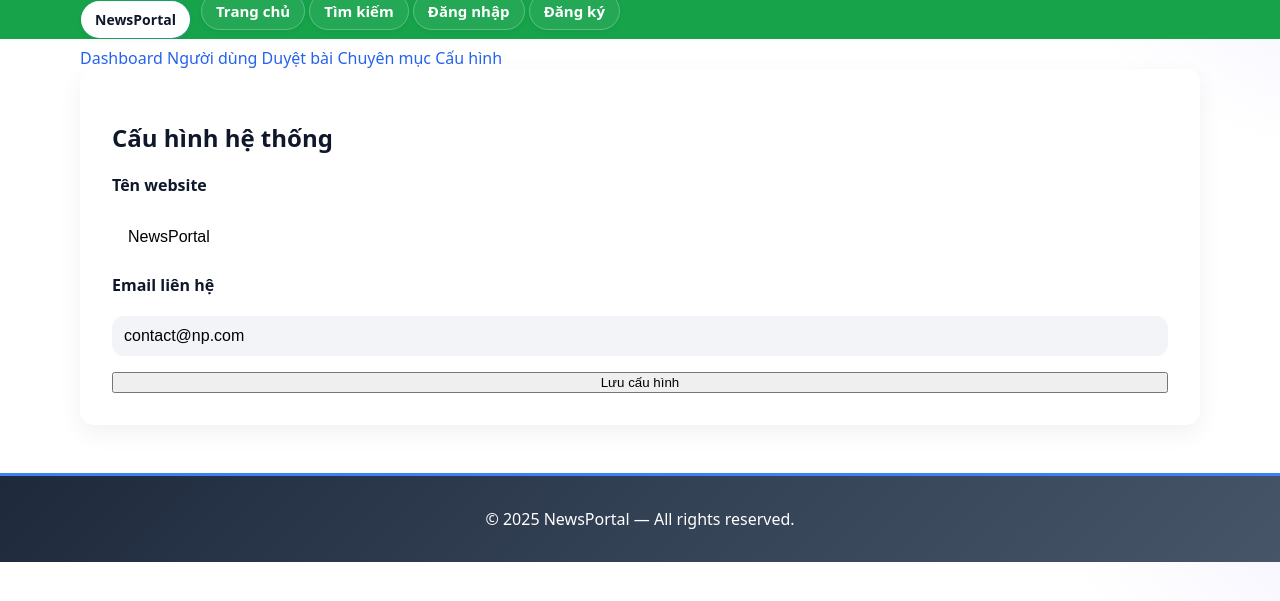
Repository: minhtvpy00202-git/Assignment_PY00202_MinhTV
Page: http://localhost/NewsPortal_PY00202/WEB-INF/views/admin/settings.jsp
These files come from the project's save history. The page is drawn as it stood at one moment and after the next save; the edit follows.
The browser window is 1280 px wide. The pictures show the whole page.
The page is served by Tomcat 10. Nobody is signed in. Other server files are loaded and not shown. The template is opened directly, without the code that normally fills it, so the values that code supplies are empty.

Above is the page before, as saved 2025-09-28 07:52:28.

### Assignment_NewsPortal/NewsPortal_PY00202/src/main/webapp/WEB-INF/views/admin/settings.jsp
<%@ page contentType="text/html; charset=UTF-8" pageEncoding="UTF-8"%>

<%@ include file="/WEB-INF/views/layout/header.jsp" %>
<main class="container with-aside">
  <%@ include file="/WEB-INF/views/layout/admin-sidebar.jsp" %>
  <section class="content">
    <h1>Cấu hình hệ thống</h1>
    <form class="form" action="${pageContext.request.contextPath}/admin/settings/save" method="post">
      <label>Tên website</label><input name="siteName" value="NewsPortal">
      <label>Email liên hệ</label><input type="email" name="contact" value="contact@np.com">
      <button>Lưu cấu hình</button>
    </form>
  </section>
</main>
<%@ include file="/WEB-INF/views/layout/footer.jsp" %>

### Assignment_NewsPortal/NewsPortal_PY00202/src/main/webapp/WEB-INF/views/layout/header.jsp
<%@ page contentType="text/html; charset=UTF-8" pageEncoding="UTF-8"%>
<%@ taglib prefix="c" uri="jakarta.tags.core" %>
<!DOCTYPE html>
<html lang="vi">
<head>
  <meta charset="UTF-8">
  <title><c:out value="${pageTitle != null ? pageTitle : 'NewsPortal'}"/></title>
  <link rel="stylesheet" href="${pageContext.request.contextPath}/assets/css/style.css">
</head>
<body>
<header>
  <div class="container nav">
    <a class="brand" href="${pageContext.request.contextPath}/home">
      <span class="dot"></span> <span>NewsPortal</span>
    </a>
    <nav class="menu">
      <a href="${pageContext.request.contextPath}/home">Trang chủ</a>
      <c:forEach var="cata" items="${categories}">
        <a href="${pageContext.request.contextPath}/category?id=${cata.id}">
          ${cata.name}
        </a>
      </c:forEach>
      <a href="${pageContext.request.contextPath}/search">Tìm kiếm</a>
      <c:choose>
        <c:when test="${not empty sessionScope.user}">
          <a href="${pageContext.request.contextPath}/profile">${sessionScope.user.fullname}</a>
          <a href="${pageContext.request.contextPath}/logout">Đăng xuất</a>
        </c:when>
        <c:otherwise>
          <a href="${pageContext.request.contextPath}/login">Đăng nhập</a>
          <a href="${pageContext.request.contextPath}/register">Đăng ký</a>
        </c:otherwise>
      </c:choose>
    </nav>
  </div>
</header>

### Assignment_NewsPortal/NewsPortal_PY00202/src/main/webapp/WEB-INF/views/layout/admin-sidebar.jsp
<%@ page contentType="text/html; charset=UTF-8" pageEncoding="UTF-8"%>
<aside class="admin-sidebar">
	<nav>
		<a href="${pageContext.request.contextPath}/admin/dashboard">Dashboard</a>
		<a href="${pageContext.request.contextPath}/admin/users">Người
			dùng</a> <a href="${pageContext.request.contextPath}/admin/news-approve">Duyệt
			bài</a> <a href="${pageContext.request.contextPath}/admin/categories">Chuyên
			mục</a> <a href="${pageContext.request.contextPath}/admin/settings">Cấu
			hình</a>
	</nav>
</aside>

### Assignment_NewsPortal/NewsPortal_PY00202/src/main/webapp/WEB-INF/views/layout/footer.jsp
<%@ page contentType="text/html; charset=UTF-8" pageEncoding="UTF-8"%>
<footer>
  <div class="container">
    © <script>document.write(new Date().getFullYear())</script> NewsPortal — All rights reserved.
  </div>
</footer>
</body>
</html>

Loaded but not shown: Assignment_NewsPortal/NewsPortal_PY00202/src/main/webapp/assets/css/style.css (1671 lines, source omitted)

After the next save:
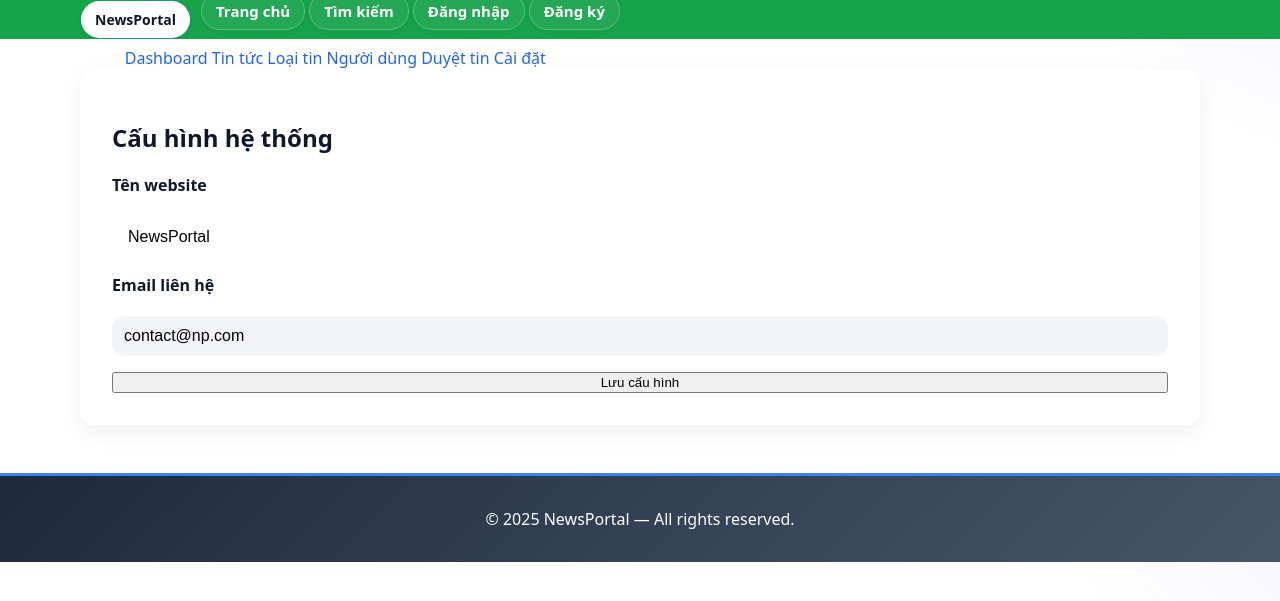
Saved 19 s later.
--- a/Assignment_NewsPortal/NewsPortal_PY00202/src/main/webapp/WEB-INF/views/layout/admin-sidebar.jsp
+++ b/Assignment_NewsPortal/NewsPortal_PY00202/src/main/webapp/WEB-INF/views/layout/admin-sidebar.jsp
@@ -1,11 +1,9 @@
 <%@ page contentType="text/html; charset=UTF-8" pageEncoding="UTF-8"%>
-<aside class="admin-sidebar">
-	<nav>
-		<a href="${pageContext.request.contextPath}/admin/dashboard">Dashboard</a>
-		<a href="${pageContext.request.contextPath}/admin/users">Người
-			dùng</a> <a href="${pageContext.request.contextPath}/admin/news-approve">Duyệt
-			bài</a> <a href="${pageContext.request.contextPath}/admin/categories">Chuyên
-			mục</a> <a href="${pageContext.request.contextPath}/admin/settings">Cấu
-			hình</a>
-	</nav>
-</aside>
+<nav class="admin-nav container">
+  <a href="${pageContext.request.contextPath}/admin/dashboard">Dashboard</a>
+  <a href="${pageContext.request.contextPath}/admin/news">Tin tức</a>
+  <a href="${pageContext.request.contextPath}/admin/categories">Loại tin</a>
+  <a href="${pageContext.request.contextPath}/admin/users">Người dùng</a>
+  <a href="${pageContext.request.contextPath}/admin/news-approve">Duyệt tin</a>
+  <a href="${pageContext.request.contextPath}/admin/settings">Cài đặt</a>
+</nav>
